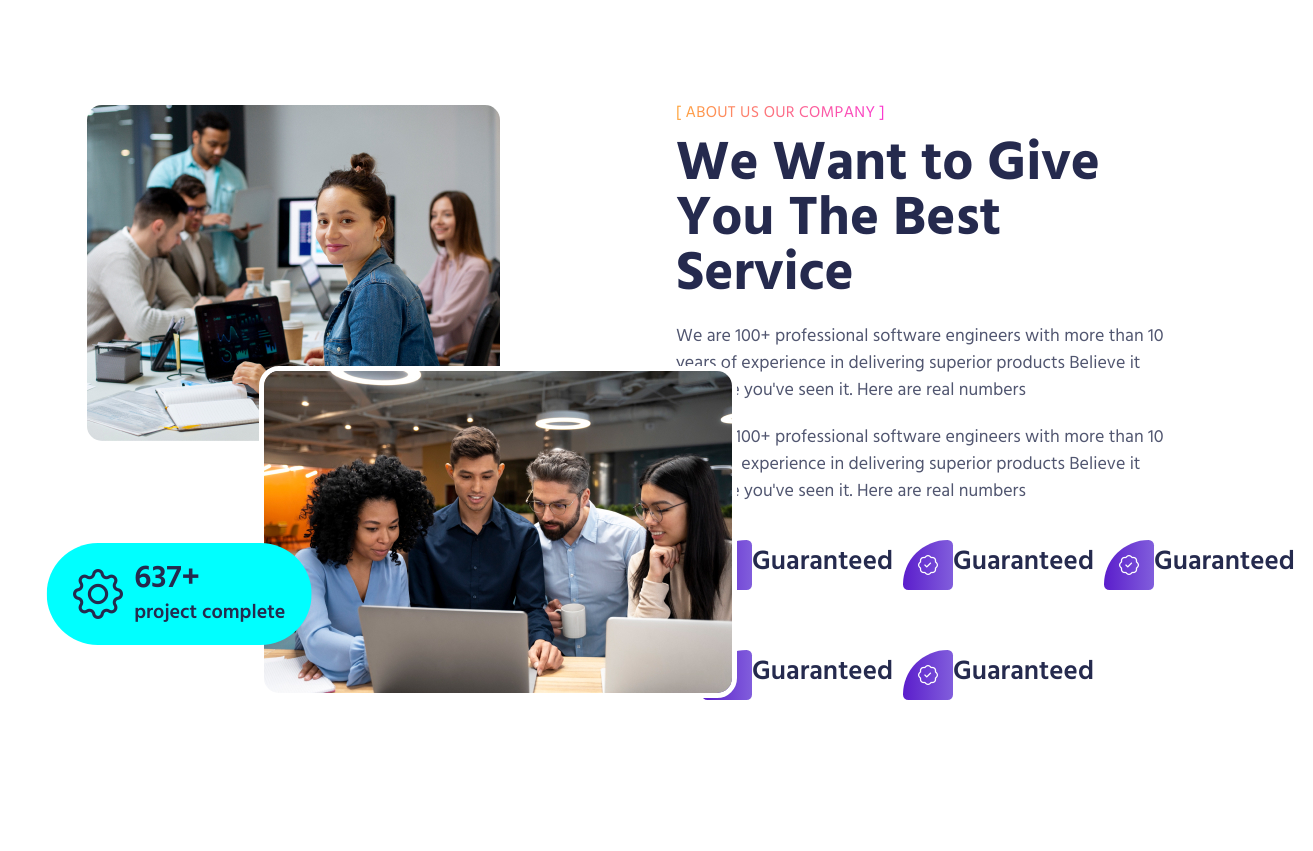
Repository: tagnam/mirehel2.0
Page: about.html
These files come from the project's save history. The page is drawn as it stood at one moment and after a run of saves; the edit follows.
The browser window is 1280 px wide. The page is 1313 px wide, then 1280 px, so the pictures cover 1313 px, including what lies to the right of the window. The pictures show the whole page.

Above is the page before, as saved 2025-02-03 12:30:56.

After the next 2 saves:
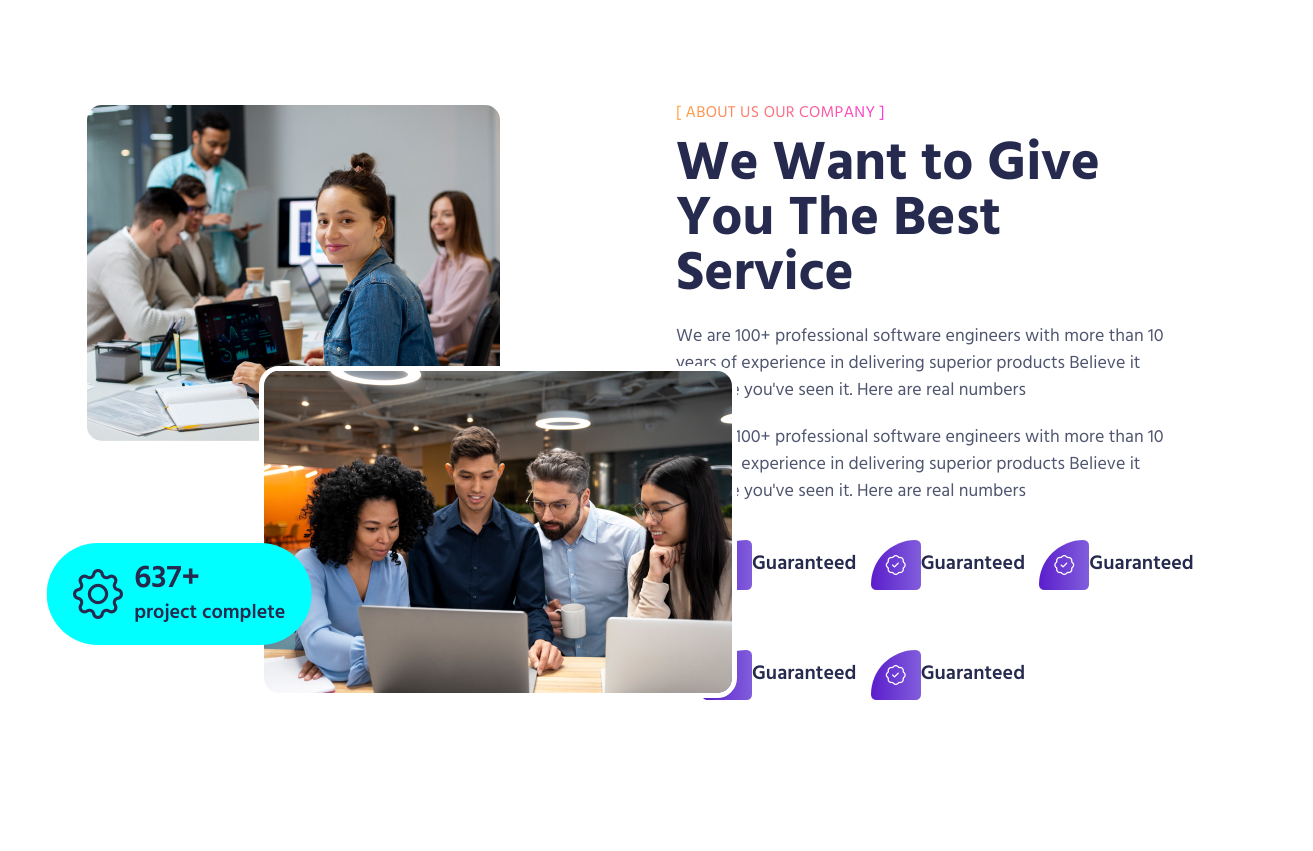
The 2 saves are shown as one change because they came seconds apart.
The last was saved 112 s later.
--- a/style/css/style.css
+++ b/style/css/style.css
@@ -208,9 +208,9 @@ section{
 
 
 .about-list-title{
-    font-size: 27px;
+    font-size: 20px;
     line-height: 1.16;
-    margin-bottom: 4px;
+    /* margin-bottom: 4px; */
     font-weight: 600;
 }
 
